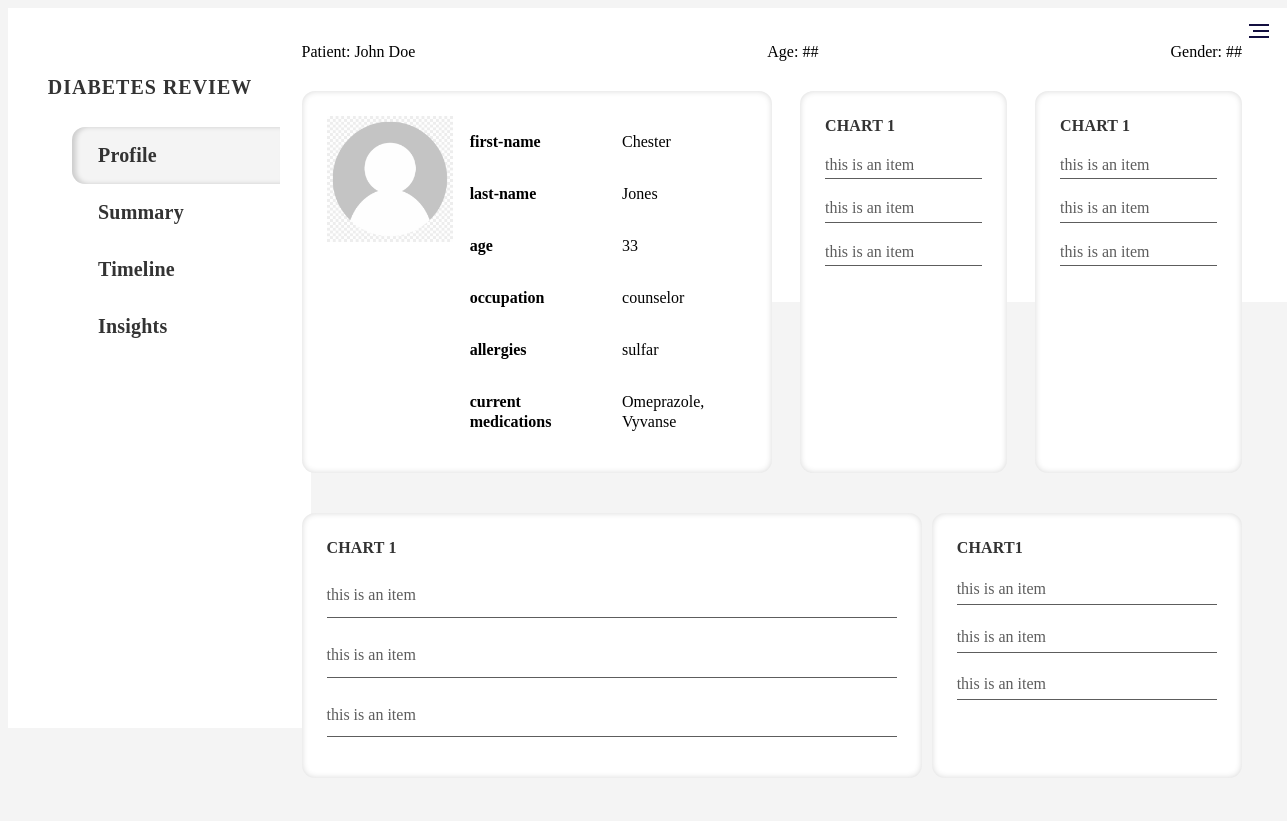
Repository: ariellecerini/clinical-reasoning
Page: /
These files come from the project's save history. The page is drawn as it stood at one moment and after a run of saves; the edit follows.
The browser window is 1280 px wide. The page is 1287 px wide, so the pictures cover 1287 px, including what lies to the right of the window. The pictures show the whole page.
The project was rebuilt for these pictures with package versions that can differ from the ones it lists, and the page was loaded fresh each time.

Above is the page before, as saved 2021-07-18 23:25:19.

### src/App.vue
<template>

                <div class="page-container">
                    <div class="row">
                        <div class="col-3">
                        <side-panel v-bind="{showing: true, title: 'Diabetes Review'}" />
                        </div>
                        <div class="col-9 dashboard bodycontent">
                            <div class="row dashboard bodycontent top-bar" style="padding-bottom: 30px;">
                                <div>Patient: John Doe</div>
                                <div>Age: ##</div>
                                <div>Gender: ##</div>

                            </div>

                                <div class="row dashboard bodycontent" style="padding-bottom: 40px;">
                                    <div class="two-col">
                                        <profile-card :profile='data'/>
                                    </div>
                                     <div class="four-col">
                                        <info-module v-bind="{title: 'Chart 1'}"/>
                                    </div>
                                     <div class="four-col">
                                        <info-module v-bind="{title: 'Chart 1'}"/>
                                    </div>


                                </div>
                                <div class="row dashboard bodycontent">
                                    <div style="width: 66%; padding: 0;">
                                        <info-module v-bind="{title: 'Chart 1', content: ''}"/>
                                    </div>
                                    <div style="width: 33%;">
                                        <info-module v-bind="{title: 'Chart1'}"/>
                                    </div>
                                </div>
                        </div>
                    </div>
                </div>

</template>

<script>
import './stories/Dashboard/dashboard.css';
import './stories/style-tokens.css';
import SidePanel from './stories/Dashboard/Menu/SidePanel/SidePanel.vue'
import InfoModule from './stories/Dashboard/Components/InfoModule/InfoModule.vue';
import ProfileCard from './stories/Dashboard/Components/ProfileCard/ProfileCard.vue';
import './assets/bootstrap-4.1.3-dist/css/bootstrap-grid.min.css';
import profileData from "./assets/profileData.json";

export default {
    name: "dashboard-layout",
    components: {
    InfoModule,
    SidePanel,
    ProfileCard
  },

    props:{
        title: String
    },
   data(){
        return{
            data: profileData
        }
      }

}
</script>

<style scoped>
.page-container{
    width: 100%;
    padding: 0;
    margin: 0;
    display:flexbox;
    justify-content: space-between;
}

.row.dashboard.bodycontent{
    width: 100%;
    display: flexbox;
    justify-content: space-between;

}
.col-9.dashboard.bodycontent{
    width: 100%;
    padding: 35px 30px 35px 0;

}
.two-col{
  width:50%;
}
.three-col{
    width: 33%;
}

.four-col{
    width: 22%;
}

iframe.sb-show-main.sb-main-padded{
    padding: 0 !important;
}
.card{
    width: 100%;
}
</style>

### src/stories/Dashboard/dashboard.css
.card{
    background: var(--cardBackground) 0% 0% no-repeat padding-box;
    box-shadow: inset 0px 0px 6px #00000029;
    border-radius: 13px;
    width: 90%;
    height: 100%;
    padding: 25px;
    margin: auto;
}

h3.card-title.dashboard{
    text-align: left;
    font: normal normal bold 16px/20px IBM Plex Sans;
    letter-spacing: 0.18px;
    color: var(--black);
    text-transform: uppercase;
    opacity: 1;
    margin: 0;
}

.listItem{
    border-bottom: 1px solid var(--gray4);
    text-align: left;
    font: normal normal 400 16px/20px IBM Plex Sans;
    letter-spacing: 0px;
    color: #5D5D5D;
    opacity: 1;
    padding: 2% 0;
}

### src/stories/Dashboard/Menu/SidePanel/SidePanel.vue
<template>


<div id="app">
 <nav class="main-nav">
     <div class="logo">
       {{ title }}
     </div>
     <Burger></Burger>
   </nav>
    <Sidebar class="sidebar menu navholder">
     <div class="site-title">{{ title }}</div>
        <div class="menu-items">
            <menu-item @onClick="onClick" v-bind="{ active: true, hover: false, label: 'profile' }"/>
            <menu-item @onClick="onClick" v-bind="{ active: false, hover: false, label: 'summary' }"/>
            <menu-item @onClick="onClick" v-bind="{ active: false, hover: false, label: 'timeline' }"/>
            <menu-item @onClick="onClick" v-bind="{ active: false, hover: false, label: 'insights' }"/>
        </div>
   </Sidebar>



<!-- onclick function needs to be added
        set all 'active' props to false except for the menu item that was clicked
        switch the displayed info to the page that corresponds with the menu item
    -->

    </div>
</template>

<script>
import '../MenuItem/Menu.css';
import MenuItem from '../MenuItem/MenuItem.vue';
import Burger from '../MenuItem/Burger.vue';
import Sidebar from '../SidePanel/Sidebar.vue';
// import '../../../assets/normalize.css'

export default {
 name: 'side-panel',
  components: {
      MenuItem,
      Burger,
      Sidebar
      },
 props: {
     title: {
      type: String,
      required: true
    }
 }
}
</script>

<style scoped>
 .main-nav {
   display: flex;
   justify-content: space-between;
   padding: 0.5rem 0.8rem;
 }

 ul.sidebar-panel-nav {
   list-style-type: none;
 }

 ul.sidebar-panel-nav > li > a {
   color: #fff;
   text-decoration: none;
   font-size: 1.5rem;
   display: block;
   padding-bottom: 0.5em;
 }
</style>

### src/stories/Dashboard/Components/InfoModule/InfoModule.vue
<template>
  <Card class="card">
    <h3 class="card-title dashboard">{{title}}</h3>
    <div v-if= "contentType === 'ListTable'">
      <ListTable v-bind="{content: ''}" />
      </div>
  </Card>
</template>

<script>
import '../../dashboard.css';
import Card from '../Card/Card.vue';
import ListTable from '../ListTable/ListTable.vue'
// import '../../../assets/normalize.css'

// import '../../../assets/style.css'

export default {
  name: 'info-module',
  components: { Card, ListTable },
  props: {
    title: {
      type: String,
      required: true,
      default: "Insert Title Here"
    },
    content: {
      type: Array,
      required: false
    },
    contentType:{
      type: String,
      required: true,
      default: 'ListTable'
    }
  },
};
</script>

### src/stories/Dashboard/Components/ProfileCard/ProfileCard.vue
<template>
  <Card class="card">
   <div class="profile-card">
       <div class="left-side">
            <div class="profile-image" style="width: 100%;">
                    <img src="../../../assets/place-holder.png" style="width: 100%;">
                </div>

            {{profile.name}}
        </div>

        <div class="right-side">
            <div v-for="(value, name) in profile" :key="value">
                <!-- <div v-for="newDataValue in newDataValues" :key="newDataValue"> -->
                 <div style="display: flex; justify-content: space-between;  font: normal normal 500 16px/20px IBM Plex Sans">
                    <div style="width: 45%;">
                        <p>
                          <strong>
                            {{name}}
                          </strong>
                        </p>
                    </div>
                    <div style="width: 45%; ">
                      <p>
                        {{value}}
                      </p>
                    </div>
                </div>
                    <!-- </div> -->
            </div>
        </div>
      </div>
  </Card>
</template>

<script>
import '../../dashboard.css';
import Card from '../Card/Card.vue';

// import '../../../assets/normalize.css'

// import '../../../assets/style.css'

export default {
  name: 'profile-card',
  components: { Card },
  props: {
    title: {
      type: String,
      required: true,
      default: "Insert Title Here"
    },
    profile:{
      type: Array,
      required: true
    },
    image:{
      type: String,
      required: false
          }
  }
};
</script>

<style scoped>
.profile-card{
  display: flex;
  justify-content: space-between;
}

.left-side{
  width: 30%;
}
</style>

### src/stories/Dashboard/Menu/MenuItem/Menu.css
.sb-show-main.sb-main-padded{
    background: #fafafa;

}
.nav-item {
    box-shadow: none;
    padding-top: 15px;
    padding-bottom: 15px;
    padding-left: 10%;
    margin-left: auto;
    width: 80%;
    text-align: left;
    text-transform:capitalize;
    font: normal normal 600 20px/27px IBM Plex Sans;
    letter-spacing: 0.2px;
    color: var(--black);
    border-radius: 0;
}

.nav-item.nav-item-hover{
    background-color: var(--gray1);
    border-radius: 13px 0px 0px 13px;
}

.nav-item:hover{
    background-color: var(--appBgColor);
    border-radius: 13px 0px 0px 13px;
}
.nav-item.nav-item-active {
    box-shadow: inset 4px 0px 5px #00000029;
    border-radius: 13px 0px 0px 13px;
    background-color: var(--appBgColor);

   }

/* 'nav-item--active': this.active,
'nav-item--rounded': this.rounded, */

.sidebar.menu.navholder{
    background: #FFFFFF 0% 0% no-repeat padding-box;
    /* box-shadow: inset 0px 3px 10px #00000029; */
    opacity: 1;
    width: 100%;
    height: 100vh;
    justify-content: flex-start;
    max-width: 303px;
    display: flex;
    position: fixed;
    flex-direction: column;
    padding-bottom: 10%;
}

.site-title{
    margin-top: 10%;
    margin-bottom: 10%;
    text-align: center;
    font: normal normal 600 20px/27px IBM Plex Sans;
    letter-spacing: 1px;
    color: #333333;
    text-transform: uppercase;
    opacity: 1;
}

.logo{
    margin-top: 10%;
    margin-bottom: 10%;
    text-align: center;
    font: normal normal 600 20px/27px IBM Plex Sans;
    letter-spacing: 1px;
    color: #333333;
    text-transform: uppercase;
    opacity: 1;
}

.main-nav{
    background-color: var(--menuBackground);
    position: fixed;
    width: 100%;
}

### src/stories/Dashboard/Menu/MenuItem/MenuItem.vue
<template>
  <div :class="classes" @click="onClick">{{ label }}</div>
</template>

<script>
import './Menu.css';
import '../../../assets/style.css'
// import '../../../assets/normalize.css'

export default {
  name: 'menu-item',

  props: {
    label: {
      type: String,
      required: true,
    },
    active:{
      type: Boolean,
      default: true
    },
    hover: {
      type: Boolean,
      default: false,
    },

  },

  computed: {
    classes() {
      return {
        'nav-item': true,
        'nav-item-active': this.active,
        'nav-item-hover': this.hover
      };
    },

  },

  methods: {
    onClick() {
      this.$emit('onClick');
    },
  },
};
</script>

### src/stories/Dashboard/Menu/MenuItem/Burger.vue
<template>
    <div id="burger"
         :class="{ 'active' : isBurgerActive }"
         @click.prevent="toggle">
        <slot>
            <button type="button" class="burger-button" title="Menu">
                <span class="burger-bar burger-bar--1"></span>
                <span class="burger-bar burger-bar--2"></span>
                <span class="burger-bar burger-bar--3"></span>
            </button>
        </slot>
    </div>
</template>
<script>
    export default {
        data: () => ({
            isBurgerActive: false
        }),
        methods: {
            toggle() {
                this.isBurgerActive = !this.isBurgerActive
            }
        }
    }
</script>
<style>
   .hidden {
        visibility: hidden;
    }

    button {
        cursor: pointer;
    }

    /* remove blue outline */
    button:focus {
        outline: 0;
    }

    .burger-button {
        position: relative;
        height: 30px;
        width: 32px;
        display: block;
        z-index: 999;
        border: 0;
        border-radius: 0;
        background-color: transparent;
        pointer-events: all;
        transition: transform .6s cubic-bezier(.165,.84,.44,1);
    }

    .burger-bar {
        background-color: #130f40;
        position: absolute;
        top: 50%;
        right: 6px;
        left: 6px;
        height: 2px;
        width: auto;
        margin-top: -1px;
        transition: transform .6s cubic-bezier(.165,.84,.44,1),opacity .3s cubic-bezier(.165,.84,.44,1),background-color .6s cubic-bezier(.165,.84,.44,1);
    }

    .burger-bar--1 {
        -webkit-transform: translateY(-6px);
        transform: translateY(-6px);
    }

    .burger-bar--2 {
        transform-origin: 100% 50%;
        transform: scaleX(.8);
    }

    .burger-button:hover .burger-bar--2 {
        transform: scaleX(1);
    }

    .no-touchevents .burger-bar--2:hover {
        transform: scaleX(1);
    }

    .burger-bar--3 {
        transform: translateY(6px);
    }

    #burger.active .burger-button {
        transform: rotate(-180deg);
    }

    #burger.active .burger-bar {
        background-color: #fff;
    }

    #burger.active .burger-bar--1 {
        transform: rotate(45deg)
    }

    #burger.active .burger-bar--2 {
        opacity: 0;
    }

    #burger.active .burger-bar--3 {
        transform: rotate(-45deg)
    }
</style>

### src/stories/Dashboard/Menu/SidePanel/Sidebar.vue
<template>
    <div class="sidebar">
        <div class="sidebar-backdrop" @click="closeSidebarPanel" v-if="isPanelOpen"></div>
        <transition name="slide">
            <div v-if="isPanelOpen"
                 class="sidebar-panel">
                <slot></slot>
            </div>
        </transition>
    </div>
</template>
<script>
    export default {
        data: () => ({
            isPanelOpen: true
        }),
        methods: {
            closeSidebarPanel() {
                this.isPanelOpen = false
            }
        }
    }
</script>
<style>
    .slide-enter-active,
    .slide-leave-active
    {
        transition: transform 0.2s ease;
    }

    .slide-enter,
    .slide-leave-to {
        transform: translateX(-100%);
        transition: all 150ms ease-in 0s
    }

    .sidebar-backdrop {
        width: 100vw;
        height: 100vh;
        position: fixed;
        top: 0;
        left: 0;
        cursor: pointer;
    }

    .sidebar-panel {
        overflow-y: auto;
        position: fixed;
        left: 0;
        top: 0;
        height: 100vh;
        z-index: 999;
        padding: 3rem 20px 2rem 20px;
        width: 300px;
    }
</style>

### src/stories/Dashboard/Components/Card/Card.vue
<template>
  <div class="card"><slot/></div>
</template>

<script>
import '../../dashboard.css'
// import '../../../assets/normalize.css'

// import '../../../assets/style.css'

export default {
  name: 'card',

  props: {
    content: {
      type: Array,
      required: true,
    }
  },
};
</script>

### src/stories/Dashboard/Components/ListTable/ListTable.vue
<template>
  <div class="listTable">
    <ListItem v-bind="{ entry: 'this is an item' }" />
    <ListItem v-bind="{ entry: 'this is an item' }" />
    <ListItem v-bind="{ entry: 'this is an item' }" />
  </div>
</template>

<script>
import '../../dashboard.css';
// import '../../../assets/style.css'
import ListItem from '../ListItem/ListItem.vue'
// import '../../../assets/normalize.css'

export default {
  name: 'list-table',
  components: { ListItem },
  props: {
    entry: {
      type: String,
      required: true,
    }
  },
  computed: {
    info() {
      return {
        'this.entry': true
      };
    },
  }
};
</script>

### src/stories/assets/style.css

:root {
    /*color for UI*/
    --dkOrange: #ef6a42;
    --orange: #ffeed6;
    --ltOrange: #fdf4e7;
    --dkTeal: #115f6c;
    --teal: #d7f4f5;
    --ltTeal: #edfeff;
    --dkBlue: #2f3b51;
    --blue: #dbe6f8;
    --ltBlue: #fafafa;
    --gray1: #f4f4f4;
    --gray2: #d8d8d8;
    --gray3: #727272;
    --gray4: #5d5d5d;
    --black: #333333;
    --white: #fff;

    /*background-colors*/
    --windowbgColor: #f4f4f4;
    --appBgColor: var(--gray1);

    /*text colors*/
    --bodyCopy: var(--black);
    --headLineCopy: var(--black);
    --headLineCopyLt: var(--white);

    /*conditional colors*/
    --suggestionDark: var(--dkOrange);
    --suggestionLight: var(--ltOrange);
    --adherenceDark: var(--dkTeal);
    --adherenceLight: var(--ltTeal);

    /*container sizes*/
    --deviceContainer: 420px;

    /*border styling*/
    --borderRadius: 5pt;

    /*object shadow styling*/
    --shadowStyleOne: 0 1pt 2pt #00000014;
    --shadowStyleTwo: 0 0 3px #00000029;
    --shadowStyleThree: 0 0 3px #00000016;
    --shadowStyleFour: 0 0.125rem 0.5rem rgb(0 0 0 / 10%),
      0 0.0625rem 0.125rem rgb(0 0 0 / 6%);
    --shadowStyleFive: 3pt 3pt 8pt #0000000a;
    --shadowStyleSix: 0pt 1pt 2pt #0000000a;

    /*navbar*/
    --navLinkColor: var(--black);
    --navOpenBgColor: var(--gray1);
    --navBannerBgColor: var(--white);

    /*font-specifications*/
    --baseFontSize: 12pt;
    --fontFamily: "IBM Plex Sans", sans-serif;

    /*card styling*/
    --cardShadow: 0 3pt 6pt #00000029;
    --cardBackground: var(--white);

    /*multi-view slider*/
    --btmPadding: 4%;

    /*with image*/
    --spaceBtwnImage: 5%;

    /*without image*/
    --spaceBtwnNImage: 6%;

    /*single view slider*/
    --cardBorderRadius: 10pt;

    /*menu styling*/
    --menuBackground: var(--white);
    --sidePanelBackground: var(--white);
  }

body{
    background: var(--appBgColor);
}

.navitem .bg-primary .rounded .navitem-active{

    background-color: var(--appBgColor);
    box-shadow: inset 4px 0px 5px #00000029;
    border-radius: 13px 0px 0px 13px;
}

p{
  font-weight: 300;
}


/* .menu-item{

    background-color: var(--appBgColor);
    box-shadow: inset 4px 0px 5px #00000029;
    border-radius: 13px 0px 0px 13px;
} */

### src/stories/Dashboard/Components/ListItem/ListItem.vue
<template>
  <div>
    <p class="listItem">{{entry}}</p>
  </div>
</template>

<script>
import '../../dashboard.css';
// import '../../../assets/normalize.css'

// import '../../../assets/style.css'

export default {
  name: 'list-item',
  props: {
    entry: {
      type: String,
      required: true,
      default: "Insert Line Item Here"
    }
  },
};
</script>

Loaded but not shown: public/index.html (common file); src/main.js (common file); src/assets/bootstrap-4.1.3-dist/css/bootstrap-grid.min.css (library); src/assets/profileData.json (8 lines, source omitted); src/stories/style-tokens.css (305 lines, source omitted)

After the next 2 saves:
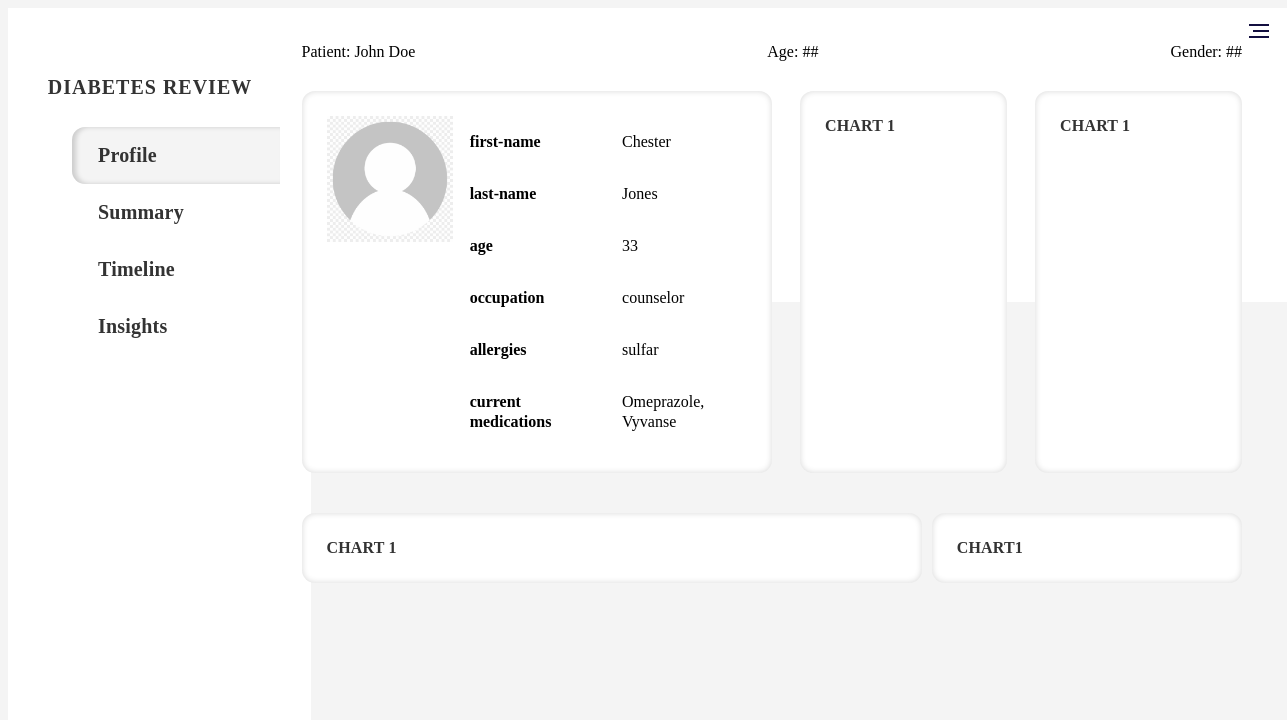
The 2 saves are shown as one change because 1 did not build or start.
The last was saved 2 min 35 s later.
--- a/src/stories/Dashboard/Components/ListTable/ListTable.vue
+++ b/src/stories/Dashboard/Components/ListTable/ListTable.vue
@@ -1,8 +1,6 @@
 <template>
-  <div class="listTable">
-    <ListItem v-bind="{ entry: 'this is an item' }" />
-    <ListItem v-bind="{ entry: 'this is an item' }" />
-    <ListItem v-bind="{ entry: 'this is an item' }" />
+  <div class="listTable" v-for="item in content" :key="item">
+    <ListItem v-bind="{ entry: item }" />
   </div>
 </template>
 
@@ -19,6 +17,10 @@ export default {
     entry: {
       type: String,
       required: true,
+    },
+    content: {
+      type: Array,
+      required: false
     }
   },
   computed: {
